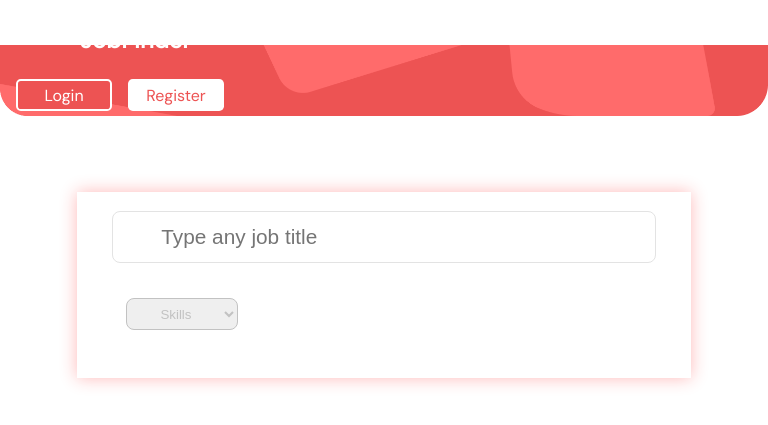
Repository: drumsmanku/node-capstone-project-1
Page: / (app in client/)
These files come from the project's save history. The page is drawn as it stood at one moment and after the next save; the edit follows.
The browser window is 768 px wide. The pictures show the whole page.
The page's requests for data from a server got no answer. The project was rebuilt for these pictures with package versions that can differ from the ones it lists, and the page was loaded fresh each time. No one was signed in, and anything a server would have sent is missing. Also part of the build but not shown: client/src/components/Register.js, client/src/components/Login.js, client/src/components/AddJob.js, client/src/components/Success.js, client/src/components/EditJob.js, client/src/components/JobDetails.css, client/src/components/JobDetails.js, client/src/components/FailedLogin.js and 1 more.

Above is the page before, as saved 2023-07-23 18:47:32.

After the next save:
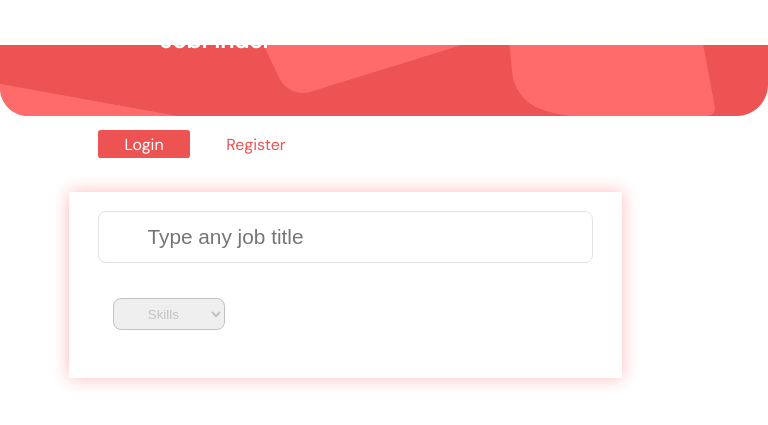
Saved 21 s later.
--- a/client/src/components/JobMainPage.css
+++ b/client/src/components/JobMainPage.css
@@ -6,6 +6,21 @@
   width: 100vw;
   display: flex;
   flex-direction: column;
+}
+.header {
+  display: flex;
+  justify-content: space-between;
+  align-items: center;
+  padding: 0 5rem;
+}
+
+.header h3 {
+  color: white;
+  font-size: 1.5rem;
+}
+
+.header-right {
+  display: flex;
 }
 
 .main-upper-container{
@@ -51,3 +66,21 @@
   font-family: 'DM Sans';
   cursor: pointer;
 }
+@media (max-width: 768px) {
+  .header {
+    flex-direction: column;
+    align-items: flex-start;
+  }
+
+  .header h3 {
+    margin-bottom: 1rem;
+  }
+
+  .main-lower-container {
+    width: 90%;
+  }
+
+  .search-and-tags {
+    width: 100%;
+  }
+}
